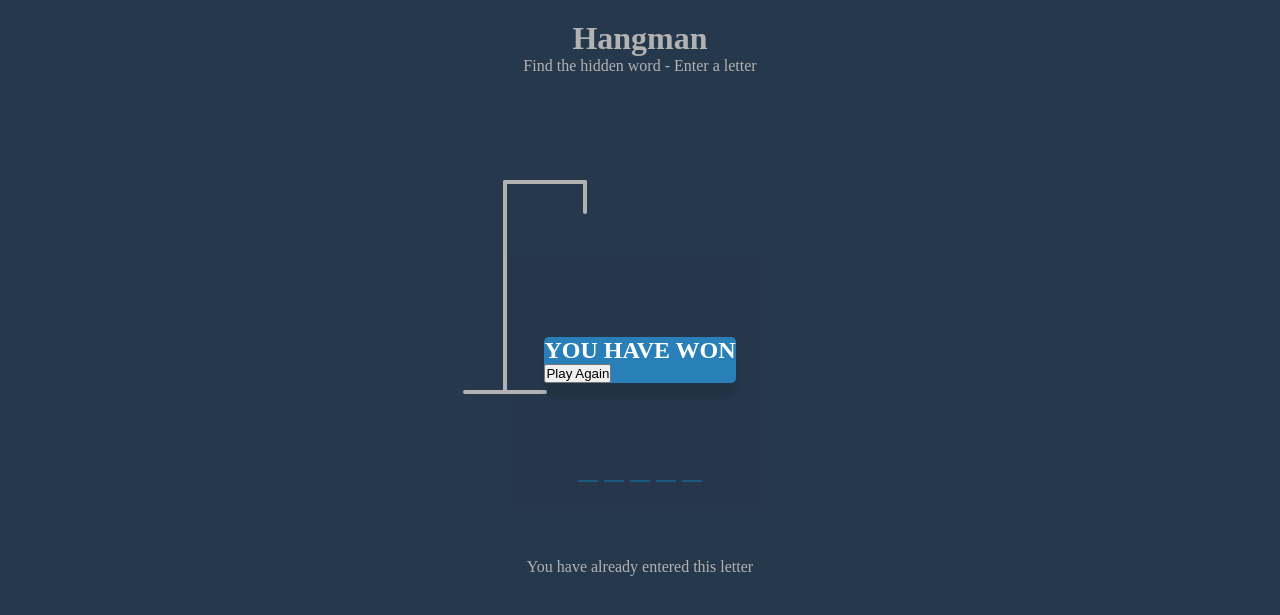
Repository: CAMPSLOPY/HangMan
Page: index.html
The author's editor kept a copy of each file at every save. The page is drawn from the files as they stood at one save, then again after the next save.
The browser window is 1280 px wide. The pictures show the whole page.
Some web fonts or font styles are not loaded; a fallback is used.

Above is the page before, as saved 2021-01-26 15:41:06.

### index.html
<!DOCTYPE html>
<html lang="en">
  <head>
    <meta charset="UTF-8" />
    <meta name="viewport" content="width=device-width, initial-scale=1.0" />
    <meta http-equiv="X-UA-Compatible" content="ie=edge" />
    <meta
      name="description"
      content="This is a  puzzle Game that is created with Vanilla JS.
      The game is centered around the use of letters to save a man from dying"
    />
    <meta name="robots" content="index,follow" />
    <link rel="icon" href="/video-game-gamepad.svg" />
    <link rel="stylesheet" href="/styles.css" />
    <title>HangMan</title>
  </head>
  <body>
    <h1>Hangman</h1>
    <p>Find the hidden word - Enter a letter</p>
    <div class="game-container">
      <svg height="250" width="200" class="figure-container">
        <!-- Rod -->
        <line x1="60" y1="20" x2="140" y2="20" />
        <line x1="140" y1="20" x2="140" y2="50" />
        <line x1="60" y1="20" x2="60" y2="230" />
        <line x1="20" y1="230" x2="100" y2="230" />

        <!-- Head -->
        <circle cx="140" cy="70" r="20" class="figure-part" />
        <!-- Body -->
        <line x1="140" y1="90" x2="140" y2="150" class="figure-part" />
        <!-- Arms -->
        <line x1="140" y1="120" x2="120" y2="100" class="figure-part" />
        <line x1="140" y1="120" x2="160" y2="100" class="figure-part" />
        <!-- Legs -->
        <line x1="140" y1="150" x2="120" y2="180" class="figure-part" />
        <line x1="140" y1="150" x2="160" y2="180" class="figure-part" />
      </svg>

      <div class="wrong-letters-container">
        <div id="wrong-letters"></div>
      </div>

      <div class="word" id="word">
        <div class="letter"></div>
        <div class="letter"></div>
        <div class="letter"></div>
        <div class="letter"></div>
        <div class="letter"></div>
      </div>
    </div>

    <!-- Container for final message -->
    <div class="popup-container" id="popup-container">
      <div class="popup">
        <h2 id="final-message">YOU HAVE WON</h2>
        <button id="play-button">Play Again</button>
      </div>
    </div>

    <!-- Notification -->
    <div class="notification-container" id="notification-container">
      <p>You have already entered this letter</p>
    </div>
    <script src="/app.js"></script>
  </body>
</html>

### styles.css
@import url("https://fonts.googleapis.com/css2?family=Hachi+Maru+Pop&display=swap");
* {
  margin: 0;
  padding: 0;
  box-sizing: border-box;
}
body {
  background-color: hsl(212, 33%, 32%);
  color: #fff;
  display: flex;
  flex-direction: column;
  align-items: center;
  min-height: 80vh;
  overflow: hidden;
  margin: 0;
  font-family: "Hachi Maru Pop", cursive;
}
h1 {
  padding: 20px 0 0;
}
.game-container {
  padding: 20px 30px;
  position: relative;
  margin: auto;
  height: 350px;
  width: 450px;
}
.figure-container {
  fill: transparent;
  stroke-width: 4px;
  stroke: #fff;
  stroke-linecap: round;
}
.figure-part {
  display: none;
}

.wrong-letters-container {
  position: absolute;
  top: 20px;
  right: 20px;
  display: flex;
  flex-direction: column;
  text-align: right;
}
.wrong-letters-container p {
  margin: 0 0 5px;
}
.wrong-letters-container span {
  font-size: 24px;
}

.word {
  display: flex;
  position: absolute;
  bottom: 10px;
  left: 50%;
  transform: translateX(-50%);
}

.letter {
  border-bottom: 2px solid #2980b9;
  display: inline-flex;
  font-size: 30px;
  align-items: center;
  justify-content: center;
  margin: 0 3px;
  height: 50px;
  width: 20px;
}
.popup-container {
  background-color: rgba(0, 0, 0, 0.3);
  position: fixed;
  top: 0;
  left: 0;
  right: 0;
  bottom: 0;
  display: flex;
  /* display: none; */
  align-items: center;
  justify-content: center;
}

.popup {
  background-color: #2980b9;
  border-radius: 5px;
  box-shadow: 0 15px 10px rgba(0, 0, 0, 0.1);
}

Loaded but not shown: app.js (no copy from this time; the picture is the same without it)

After the next save:
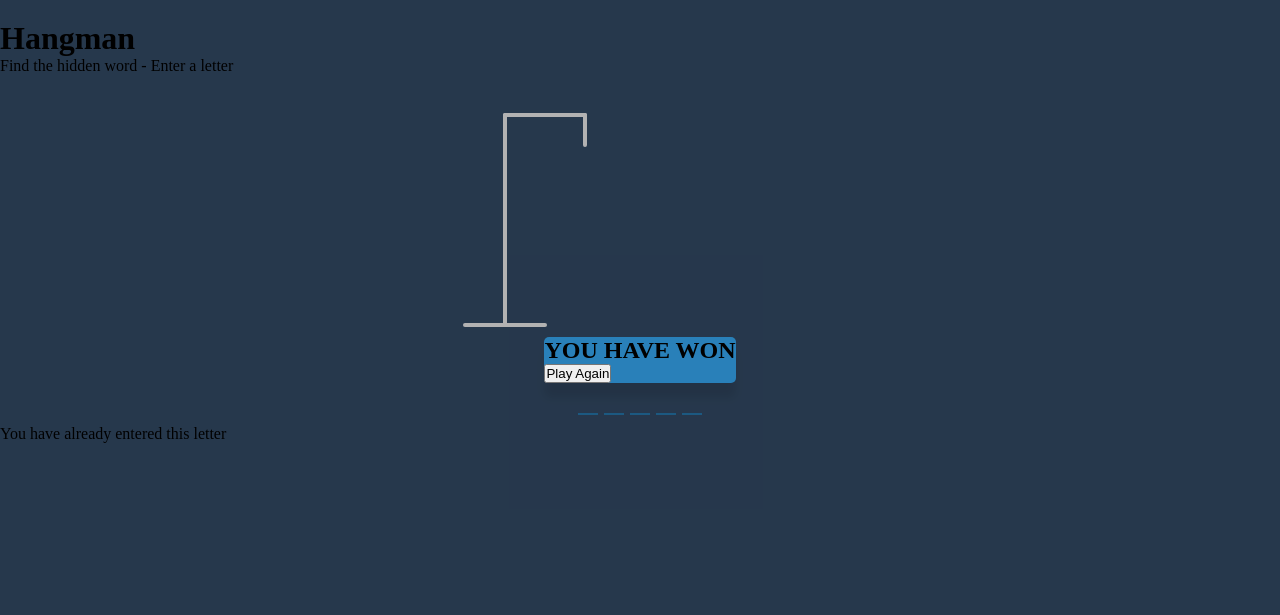
Saved 22 s later.
--- a/styles.css
+++ b/styles.css
@@ -6,7 +6,7 @@
 }
 body {
   background-color: hsl(212, 33%, 32%);
-  color: #fff;
+  color: white
   display: flex;
   flex-direction: column;
   align-items: center;

After the save that followed:
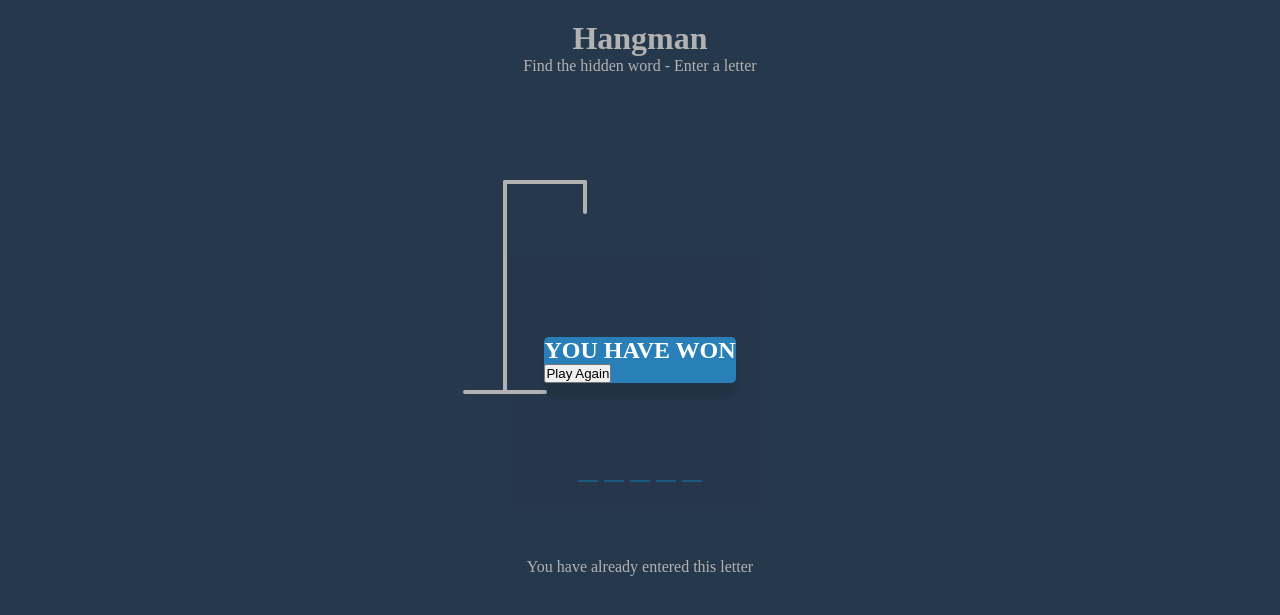
Saved 5 s later.
--- a/styles.css
+++ b/styles.css
@@ -6,7 +6,7 @@
 }
 body {
   background-color: hsl(212, 33%, 32%);
-  color: white
+  color: white;
   display: flex;
   flex-direction: column;
   align-items: center;
